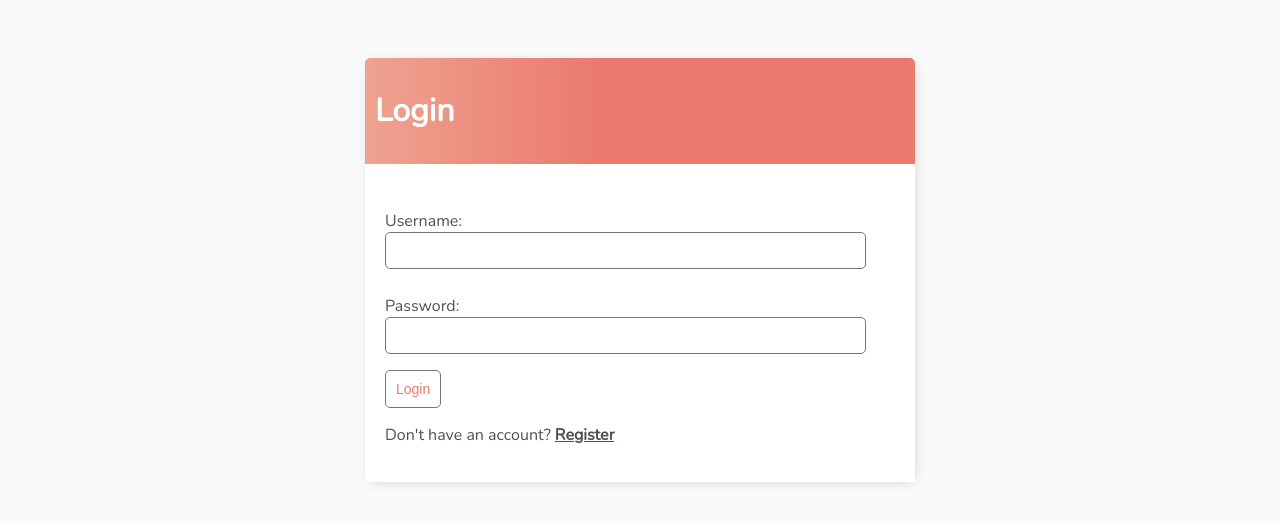
Repository: Altyn119/toDo-django
Page: http://localhost/login/
These files come from the project's save history. The page is drawn as it stood at one moment and after the next save; the edit follows.
The browser window is 1280 px wide. The pictures show the whole page.
The page is served by the project's application, run on Django 5.2 (manage.py). Other server files are loaded and not shown.

Above is the page before, as saved 2025-06-13 09:07:53.

### base/templates/base/main.html
<!DOCTYPE html>
<html lang="en">

<head>
    <meta charset="utf-8">
    <meta name="description"
        content="This is to do list implemented using Django by Dennis Ivy who is a full stack web developer.">

    <meta http-equiv="X-UA-Compatible" content="IE=edge">
    <title>To Do Items</title>
    <meta name="description" content="">
    <meta name="viewport" content="width=device-width, initial-scale=1">

    <link rel="preconnect" href="https://fonts.gstatic.com">
    <link href="https://fonts.googleapis.com/css2?family=Nunito:wght@200&display=swap" rel="stylesheet">

    <style>
        body {
            background-color: #FAFAFA;
            font-family: 'Nunito', sans-serif;
            padding-top: 50px;
        }

        h1,
        h2,
        h3,
        h4,
        h5,
        h6, {
            font-family: 'Raleway', sans-serif;
        }

        a,
        p {
            color: #4b5156
        }

        a {
            font-weight: 600;
        }

        .container {
            max-width: 550px;
            margin: auto;
            background-color: #fff;
            -webkit-box-shadow: 2px 2px 13px -4px rgba(0, 0, 0, 0.21);
            box-shadow: 2px 2px 13px -4px rgba(0, 0, 0, 0.21);
        }

        input {
            outline: none;
            border: none;
        }

        .header-bar {
            display: flex;
            justify-content: space-between;
            color: #fff;
            padding: 10px;
            border-radius: 5px 5px 0 0;
            background: linear-gradient(90deg, #EEA390 0%, #EB796F 43%, #EB796F 100%);
        }

        .header-bar a {
            color: rgb(247, 247, 247);
            text-decoration: none;
        }

        .task-wrapper {
            display: flex;
            align-items: center;
            justify-content: space-between;
            background-color: #fff;
            border-top: 1px solid #dfe4ea;
            overflow: hidden;
        }

        .task-title {
            display: flex;
            padding: 20px;
        }

        .task-title a {
            text-decoration: none;
            color: #4b5156;
            margin-left: 10px;
        }

        .task-complete-icon {
            height: 20px;
            width: 20px;
            background-color: rgb(105, 192, 105);
            border-radius: 50%;
        }

        .task-incomplete-icon {
            height: 20px;
            width: 20px;
            background-color: rgb(218, 218, 218);
            border-radius: 50%;
        }

        .delete-link {
            text-decoration: none;
            font-weight: 900;
            color: #cf4949;
            font-size: 22px;
            line-height: 0;
            padding: 20px 0px;
        }

        /*Handle Classes*/

        .handle {
            display: inline-block;
            padding: 20px 16px;
            cursor: grab;
            user-select: none;
        }

        .handle:after,
        .handle:before {
            display: block;
            content: "";
        }

        .handle:active,
        .handle:active:before,
        .handle:active:after {
            cursor: grabbing;
        }

        .dropArea {
            background-color: #f1f2f6;
            color: black;
            border: #ced6e0 1px solid;
        }

        .selectedTask {
            opacity: 0.6;
        }


        #add-link {
            color: #EB796F;
            text-decoration: none;
            font-size: 42px;
            text-shadow: 1px 1px #81413b;
        }

        #search-add-wrapper {
            display: flex;
            justify-content: space-between;
            align-items: center;
            padding: 20px;
        }

        @media screen and (max-width:320px) {
            #search-add-wrapper {
                padding: 10px;
            }
        }

        input[type=text],
        input[type=password],
        textarea {
            border: 1px solid #757575;
            border-radius: 5px;
            padding: 10px;
            width: 90%;
        }

        label {
            padding-top: 10px !important;
            display: block;
        }

        ::placeholder {
            font-weight: 300;
            opacity: 0.5;
        }

        .button {
            border: 1px solid #757575;
            background-color: #FFF;
            color: #EB796F;
            padding: 10px;
            font-size: 14px;
            border-radius: 5px;
            cursor: pointer;
            text-decoration: none;
        }

        .card-body {
            padding: 20px;
        }
    </style>
</head>

<body>

    <div class="container">
        {% block content %} {% endblock content %}
    </div>

</body>


</html>

### base/views.py
from django.shortcuts import render, redirect
from django.views.generic.list import ListView
from django.views.generic.detail import DetailView
from django.views.generic.edit import CreateView, UpdateView, DeleteView, FormView
from django.urls import reverse_lazy
from django.contrib.auth.views import LoginView
from django.contrib.auth.mixins import LoginRequiredMixin
from django.contrib.auth.forms import UserCreationForm
from django.contrib.auth import login

from .models import Task

class CustomLoginView(LoginView):
    template_name = 'base/login.html'
    fields = '__all__'
    redirect_authenticated_user = True

    def get_success_url(self):
        return reverse_lazy('tasks')

class RegisterPage(FormView):
    template_name = 'base/register.html'
    form_class = UserCreationForm
    redirect_authenticated_user = True
    success_url = reverse_lazy('tasks')

    def form_valid(self, form):
        user = form.save()
        if user is not None:
            login(self.request, user)
        return super(RegisterPage, self).form_valid(form)

    def get(self, request, *args, **kwargs):  # <-- request обязателен
        if request.user.is_authenticated:
            return redirect('tasks')
        return super(RegisterPage, self).get(request, *args, **kwargs)

class TaskList(LoginRequiredMixin, ListView):
    model = Task
    context_object_name = 'tasks'

    def get_context_data(self, **kwargs):
        context = super().get_context_data(**kwargs)
        context['tasks'] = context['tasks'].filter(user=self.request.user)
        context['count'] = context['tasks'].filter(complete=False).count()
        search_input = self.request.GET.get('search-area') or ''
        if search_input:
            context['tasks'] = context['tasks'].filter(title__startswith=search_input)


            context['search_input'] = search_input

        return context


class TaskDetail(LoginRequiredMixin, DetailView):
    model = Task
    context_object_name = 'task'
    template_name = 'base/task.html'

class TaskCreate(LoginRequiredMixin, CreateView):
    model = Task
    fields = '__all__'
    success_url = reverse_lazy('tasks')

    def form_valid(self, form):
        form.instance.user = self.request.user
        return super(TaskCreate, self).form_valid(form)


class TaskUpdate(LoginRequiredMixin, UpdateView):
    model = Task
    fields = '__all__'
    success_url = reverse_lazy('tasks')

class DeleteView(LoginRequiredMixin, DeleteView):
    model = Task
    context_object_name = 'task'
    success_url = reverse_lazy('tasks')

### todo_list/urls.py
"""
URL configuration for todo_list project.

The `urlpatterns` list routes URLs to views. For more information please see:
    https://docs.djangoproject.com/en/5.0/topics/http/urls/
Examples:
Function views
    1. Add an import:  from my_app import views
    2. Add a URL to urlpatterns:  path('', views.home, name='home')
Class-based views
    1. Add an import:  from other_app.views import Home
    2. Add a URL to urlpatterns:  path('', Home.as_view(), name='home')
Including another URLconf
    1. Import the include() function: from django.urls import include, path
    2. Add a URL to urlpatterns:  path('blog/', include('blog.urls'))
"""

from django.contrib import admin
from django.urls import path, include

urlpatterns = [
    path("admin/", admin.site.urls),
    path('', include('base.urls')),
]

### base/urls.py
from django.urls import path
from .views import TaskList, TaskDetail, TaskCreate, TaskUpdate, DeleteView, CustomLoginView, RegisterPage
from django.contrib.auth.views import LogoutView

urlpatterns = [
    path('login/', CustomLoginView.as_view(), name='login'),
    path('logout/', LogoutView.as_view(next_page='login'), name='logout'),
    path('register/', RegisterPage.as_view(), name='register'),
    path('', TaskList.as_view(), name="tasks"),
    path('task/<int:pk>/', TaskDetail.as_view(), name="task"),
    path('task-create/', TaskCreate.as_view(), name='task-create'),
    path('task-update/<int:pk>/', TaskUpdate.as_view(), name='task-update'),
    path('task-delete/<int:pk>/', DeleteView.as_view(), name='task-delete'),
]

Loaded but not shown: base/templates/base/login.html (common file)

After the next save:
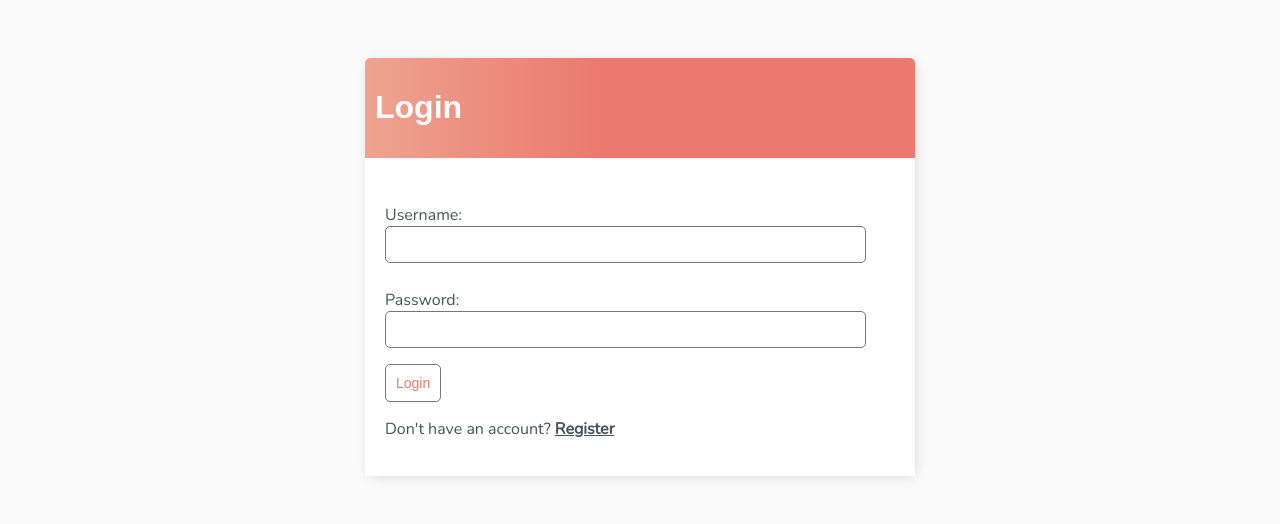
Saved 28 s later.
--- a/base/templates/base/main.html
+++ b/base/templates/base/main.html
@@ -26,7 +26,7 @@
         h3,
         h4,
         h5,
-        h6, {
+        h6 {
             font-family: 'Raleway', sans-serif;
         }
 
